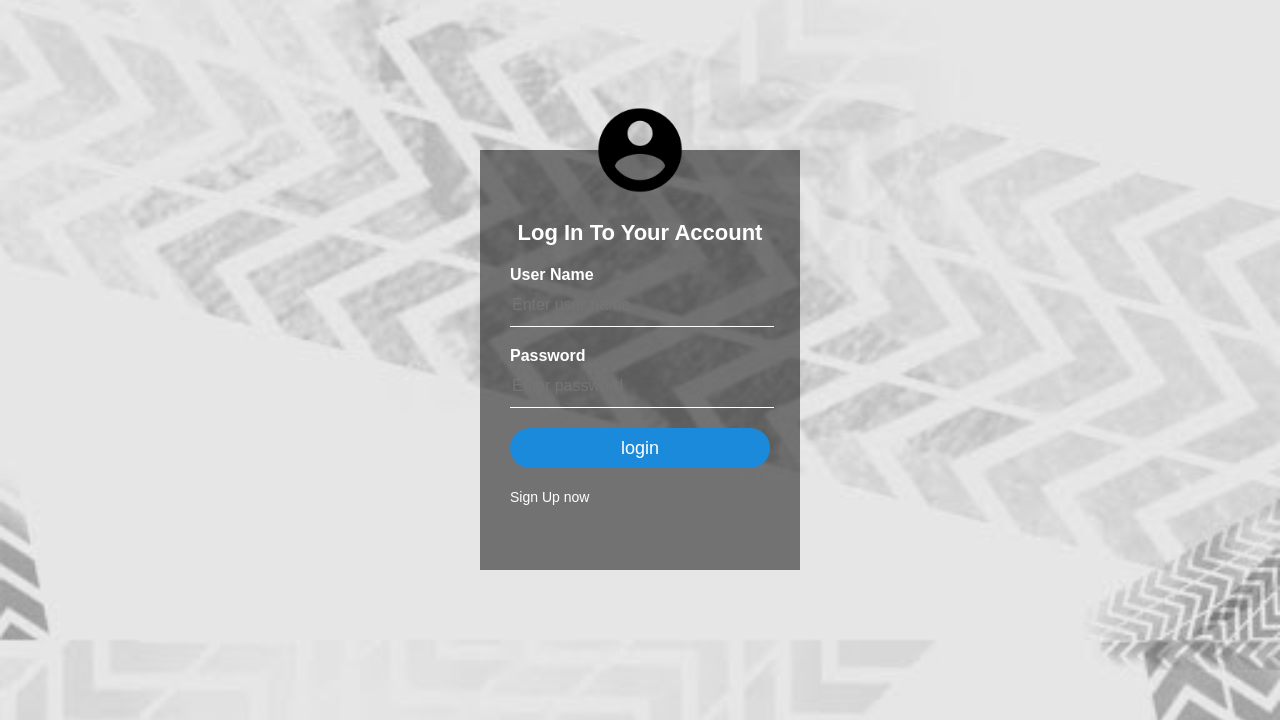
Repository: GamithaManawadu/RentJet-Online-Vehicle-Rental-System
Page: http://localhost/CustomerRegistration/login.jsp
The author's editor kept a copy of each file at every save. The page is drawn from the files as they stood at one save, then again after the next save.
The browser window is 1280 px wide. The pictures show the whole page.
The page is served by Tomcat 9.

Above is the page before, as saved 2020-05-12 13:05:18.

After the next save:
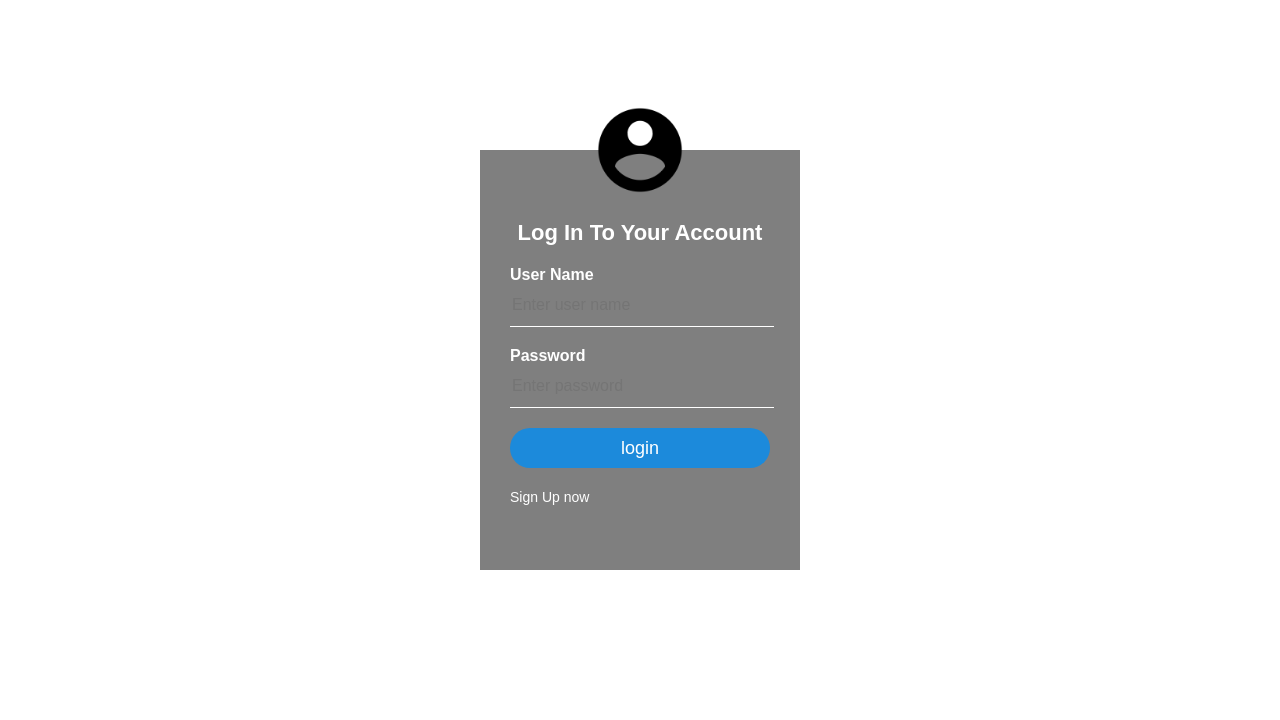
Saved 43 min 15 s later.
--- a/CustomerRegistration/WebContent/login.css
+++ b/CustomerRegistration/WebContent/login.css
@@ -2,7 +2,7 @@
 body{
     margin: 0;
     padding: 0;
-    background: url(image/a11.jpg);
+    background: "image/a11.jpg";
     background-size: cover;
     background-position: center;
     font-family: sans-serif;
